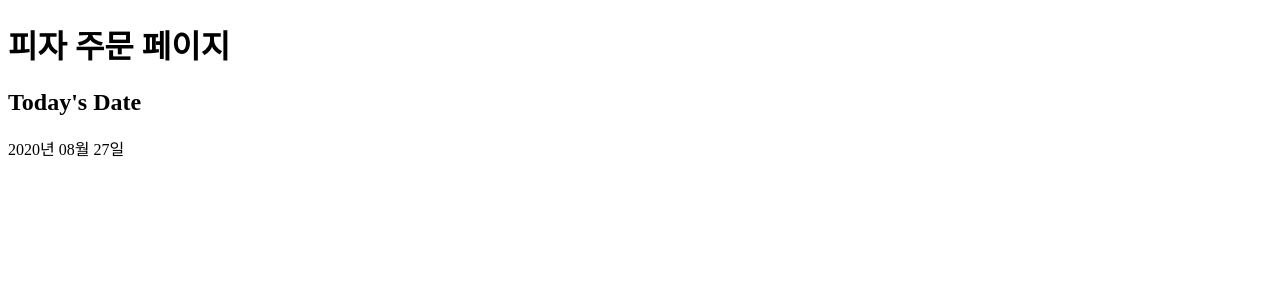
Repository: BrianH29/BH_webserver_workspace1
Page: http://localhost/2_JSP/views/04_pizzaOrderForm.jsp
The author's editor kept a copy of each file at every save. The page is drawn from the files as they stood at one save, then again after the next save.
The browser window is 1280 px wide. The pictures show the whole page.
The page is served by Tomcat 9.

Above is the page before, as saved 2020-08-31 03:36:46.

After the next save:
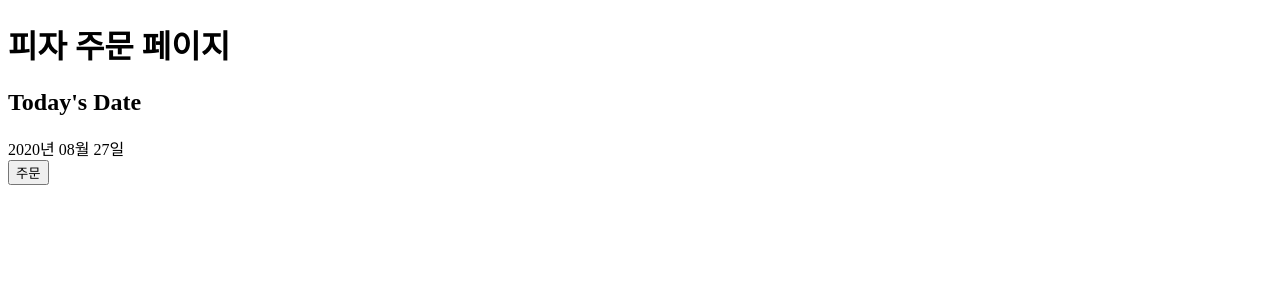
Saved 35 s later.
--- a/webserver_workspace1/2_JSP/WebContent/views/04_pizzaOrderForm.jsp
+++ b/webserver_workspace1/2_JSP/WebContent/views/04_pizzaOrderForm.jsp
@@ -13,5 +13,10 @@
 	<h2>Today's Date</h2>
 	<%@include file="includePage.jsp" %>
 
+	<form>
+
+		<button type="submit">주문</button>
+	</form>
+
 </body>
 </html>
